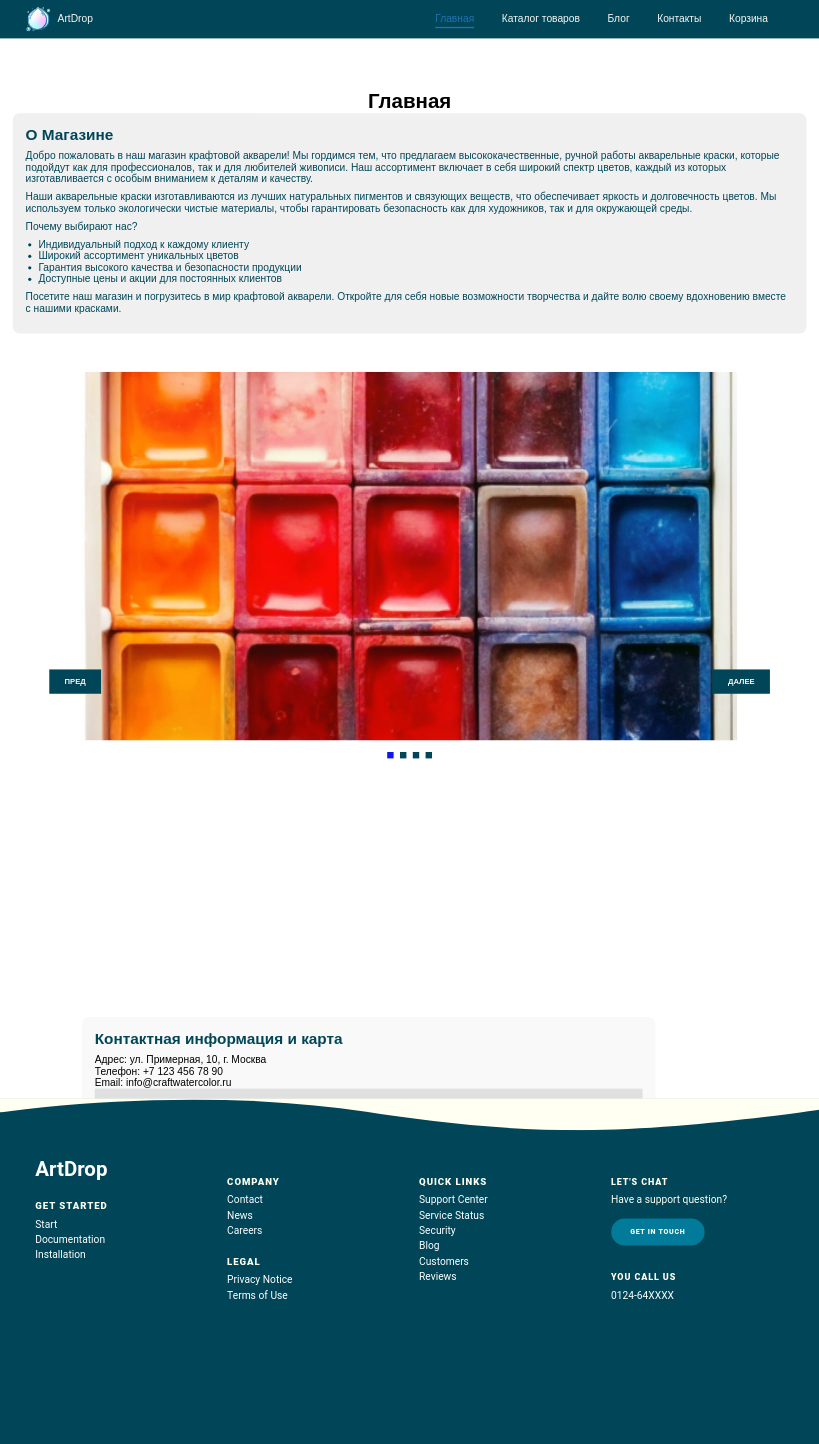
Repository: mnats725/art-drop
Page: index.html
The author's editor kept a copy of each file at every save. The page is drawn from the files as they stood at one save, then again after the next save.
The browser window is 1280 px wide. The pictures show the whole page, at 64% of full size.

Above is the page before, as saved 2024-05-21 00:23:17.

After the next save:
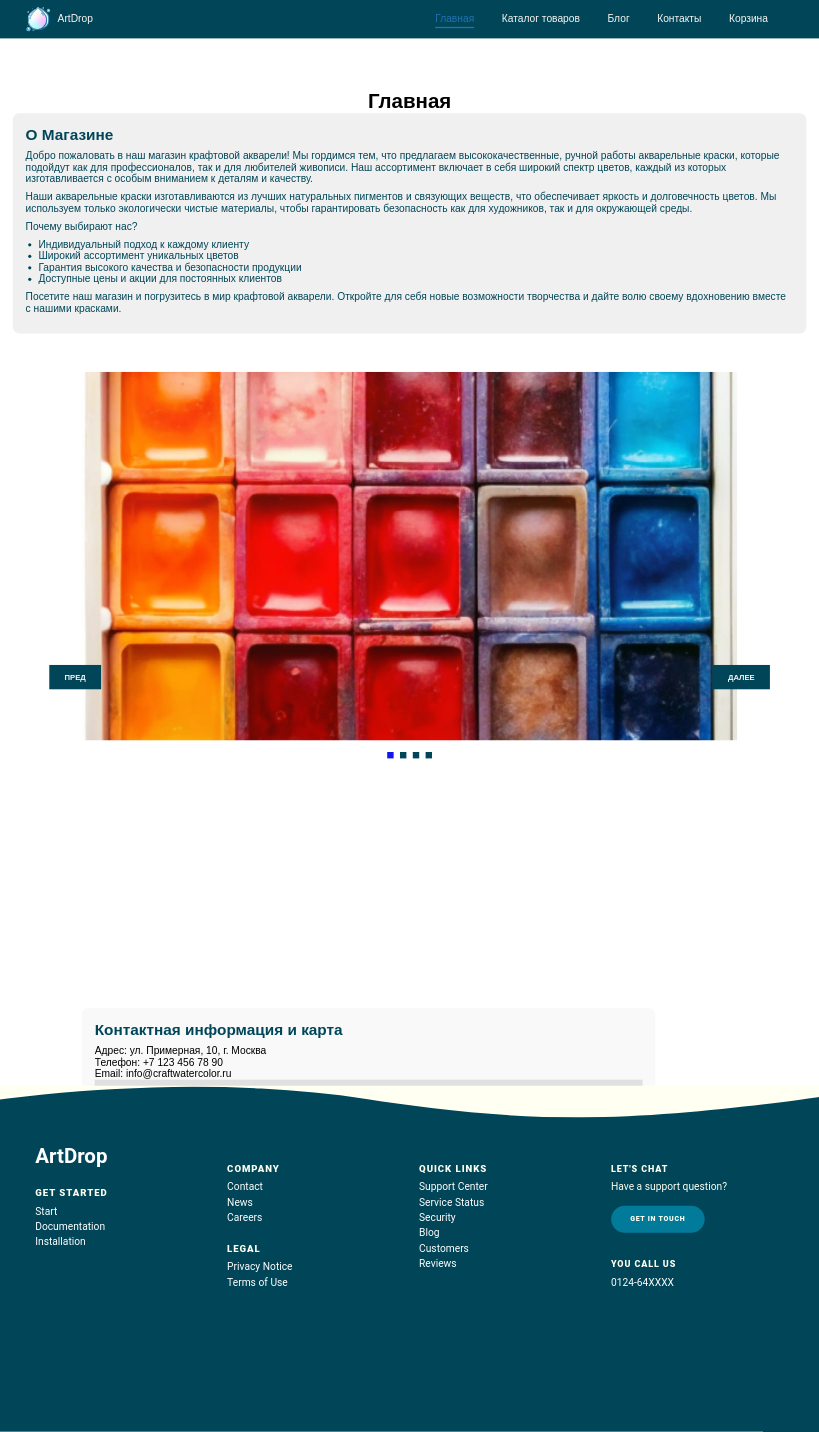
Saved 12 s later.
--- a/css/content.css
+++ b/css/content.css
@@ -39,7 +39,6 @@
   background-color: #f9f9f9;
   padding: 20px;
   border-radius: 10px;
-  margin-bottom: 20px;
   margin-left: 10%;
   margin-right: 20%;
 }
